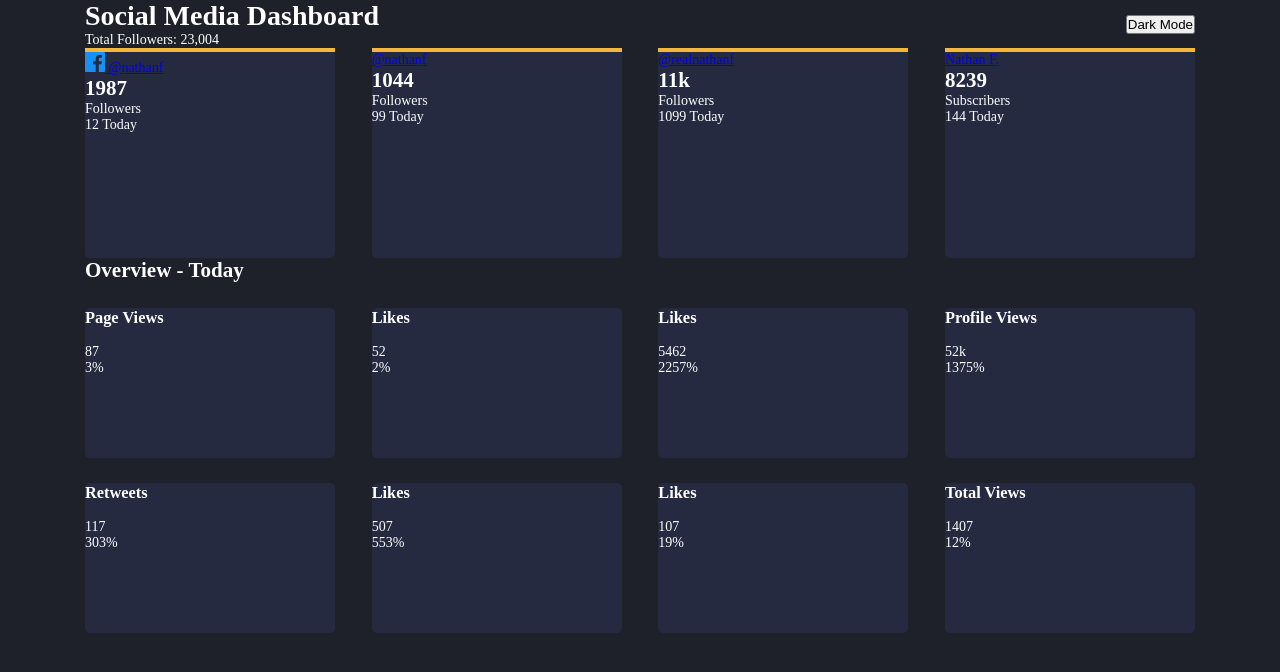
Repository: mamulini/social-media-dashboard-with-theme-switcher-master
Page: index.html
The author's editor kept a copy of each file at every save. The page is drawn from the files as they stood at one save, then again after the next save.
The browser window is 1280 px wide. The pictures show the whole page.

Above is the page before, as saved 2020-04-06 13:51:31.

After the next save:
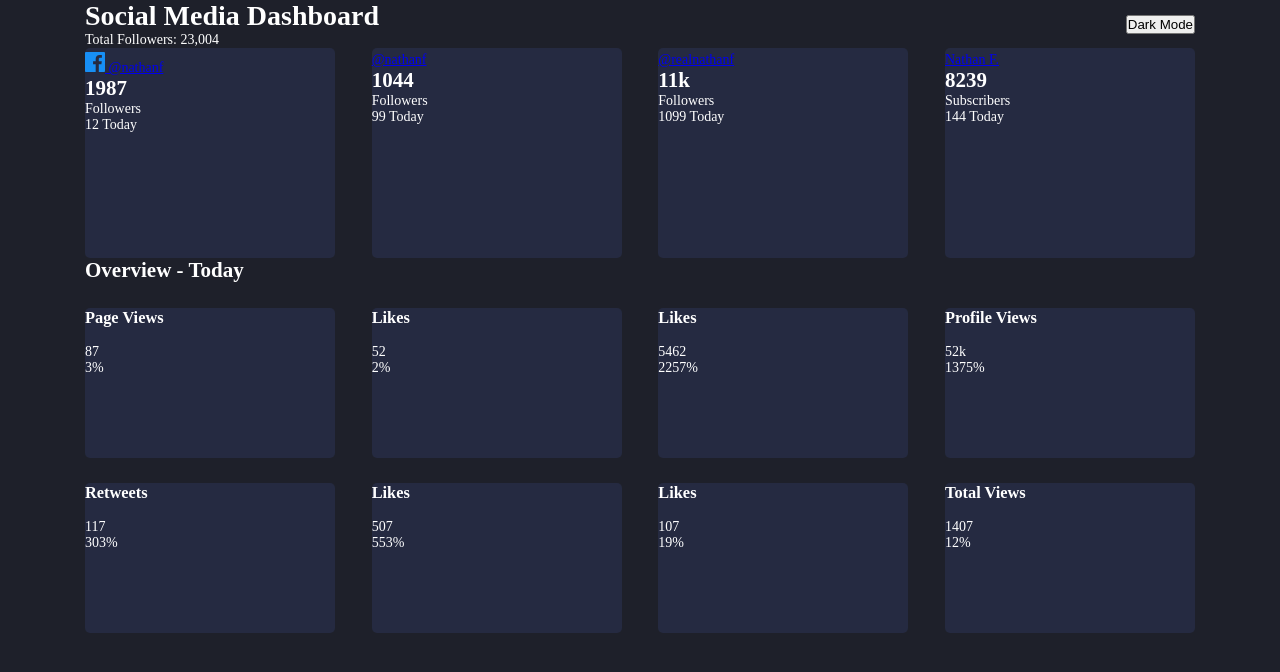
Saved 27 s later.
--- a/css/style.css
+++ b/css/style.css
@@ -33,7 +33,7 @@ body{
     border-top: 4px solid #178FF5;
     border-radius: 5px;
     background: hsl(228, 28%, 20%);
-    border-image: linear-gradient(#f6b73c, #4d9f0c) 5;
+    border-image: linear-gradient(to left, #DF4896 0% , #EE877E 50%, #FDC366 100%)
 }
 
 .likes_counter{
